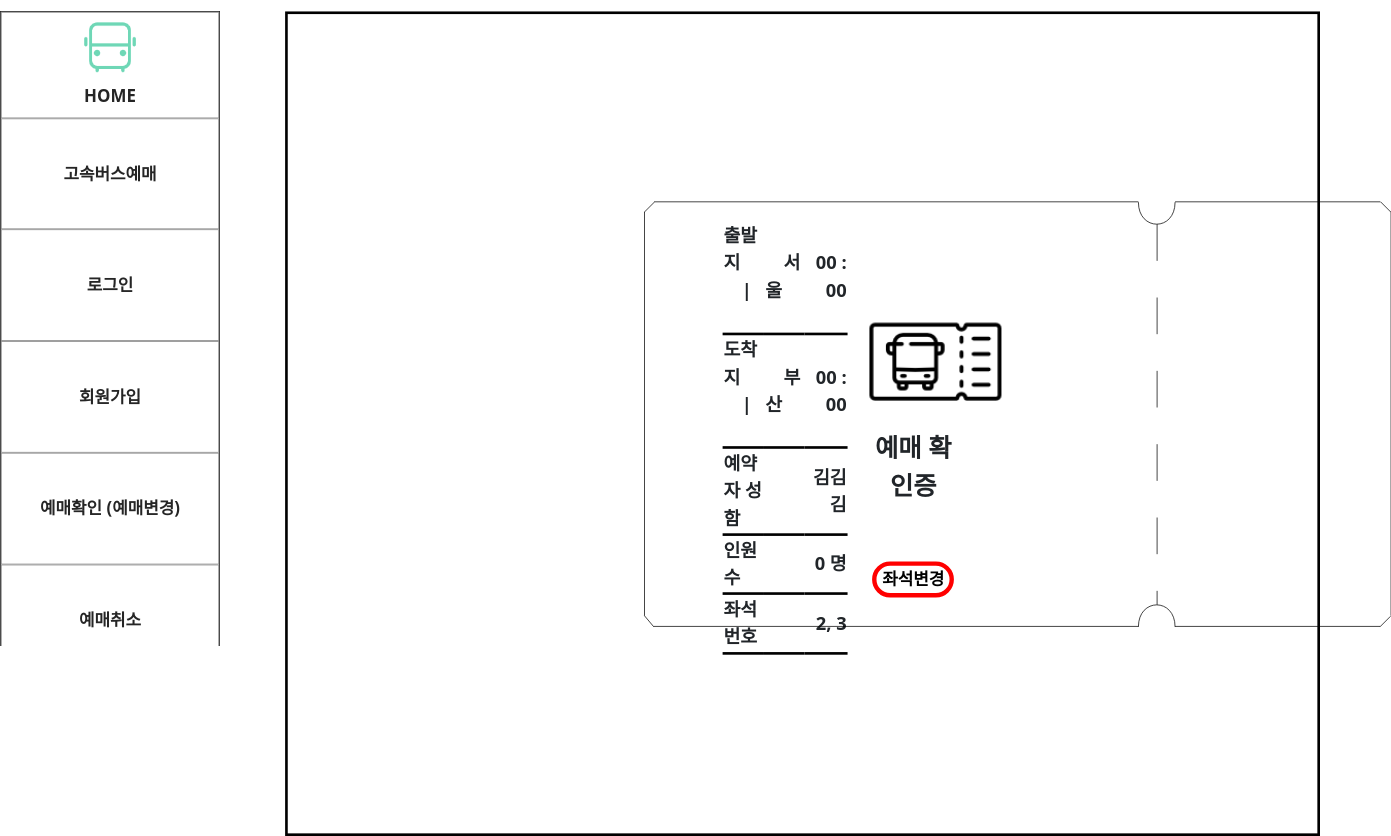
Repository: rudqhd79/spring_personal
Page: http://localhost/reservation/check
An editor plug-in stored every save of this project. The page is shown before and after the next save, followed by the edit.
The browser window is 1280 px wide. The page is 1581 px wide, so the pictures cover 1581 px, including what lies to the right of the window. The pictures show the whole page, at 88% of full size.
The page is this project's Thymeleaf template; nobody is signed in. The template is opened directly, without the code that normally fills it, so the values that code supplies are empty.

Above is the page before, as saved 2023-02-03 07:42:49.

### bus-reservation/src/main/resources/templates/reservation/check.html
<!DOCTYPE html>
<html xmlns:th="http://www.thymeleaf.org"
	xmlns:layout="http://www.ultraq.net.nz/thymeleaf/layout">
<link rel="stylesheet"
	href="//maxcdn.bootstrapcdn.com/bootstrap/latest/css/bootstrap.min.css">
<script src="//code.jquery.com/jquery.min.js"></script>
<script
	src="//maxcdn.bootstrapcdn.com/bootstrap/latest/js/bootstrap.min.js"></script>
<head>
<meta charset="UTF-8">
<title>main</title>
<!-- bootstrap css -->
<link
	href="https://cdn.jsdelivr.net/npm/bootstrap@5.3.0-alpha1/dist/css/bootstrap.min.css"
	rel="stylesheet"
	integrity="sha384-GLhlTQ8iRABdZLl6O3oVMWSktQOp6b7In1Zl3/Jr59b6EGGoI1aFkw7cmDA6j6gD"
	crossorigin="anonymous">
<link th:href="@{/css/all.css}" rel="stylesheet">
<!-- bootstrap js, popper -->
<script
	src="https://cdn.jsdelivr.net/npm/@popperjs/core@2.11.6/dist/umd/popper.min.js"
	integrity="sha384-oBqDVmMz9ATKxIep9tiCxS/Z9fNfEXiDAYTujMAeBAsjFuCZSmKbSSUnQlmh/jp3"
	crossorigin="anonymous"></script>
<script
	src="https://cdn.jsdelivr.net/npm/bootstrap@5.3.0-alpha1/dist/js/bootstrap.min.js"
	integrity="sha384-mQ93GR66B00ZXjt0YO5KlohRA5SY2XofN4zfuZxLkoj1gXtW8ANNCe9d5Y3eG5eD"
	crossorigin="anonymous"></script>
<!-- jquery  -->
<script src="https://code.jquery.com/jquery-3.6.3.min.js"
	integrity="sha256-pvPw+upLPUjgMXY0G+8O0xUf+/Im1MZjXxxgOcBQBXU="
	crossorigin="anonymous"></script>
<th:block layout:fragment="script"></th:block>
<th:block layout:fragment="css"></th:block>
</head>
<body>
	<div class="fragment-sidebar">
		<div th:replace="fragments/sidebar::sidebar"></div>
		<div class="base_angle" style="margin-top: 1vw">
			<form class="seat_form" th:action="@{seat}" method="post">
				<div class="check_child" style="position: relative;">
			 		<img src="/img/ticket_img.svg" style="width: 850px; height: 500px; position:absolute" />
					<div class="check_child">
						<table style="height: 420px; margin-top: 10px">
							<tr class="check_tr_three">
								<th class="check_th">출발지 &emsp;| &emsp;</th>
								<th class="check_th"> &emsp;서울</th>
								<th class="check_th">00 : 00</th>
							</tr>
							<tr class="check_tr_three">
								<th class="check_th">도착지 &emsp;| &emsp;</th>
								<th class="check_th"> &emsp;부산</th>
								<th class="check_th">00 : 00</th>
							</tr>
							<tr class="check_tr_two">
								<th class="check_th">예약자 성함</th>
								<th class="check_th"></th>
								<th class="check_th">김김김</th>
							</tr>
							<tr class="check_tr_two">
								<th class="check_th">인원 수</th>
								<th class="check_th"></th>
								<th class="check_th">0 명</th>
							</tr>
							<tr class="check_tr_two">
								<th class="check_th">좌석번호</th>
								<th class="check_th"></th>
								<th class="check_th">2, 3</th>
							</tr>
						</table>
					</div>
					<div class="check_child">
						<img src="/img/bus_ticket.png" style="height: 150px; width: 150px" />
						<p>예매 확인증</p>
						<input type="submit" value="좌석변경" style="font-weight: bold; border: 5px solid red; border-radius: 30px; font-size: 1.2em; background: white; margin-top: 50px;" />
					</div>
				</div>
			</form>
		</div>
	</div>
</body>
</html>

### bus-reservation/src/main/resources/templates/fragments/sidebar.html
<!DOCTYPE html>
<html xmlns:th="http://www.thymeleaf.org">
<head>
<meta charset="UTF-8">
<title>Insert title here</title>
<link rel="stylesheet"
	href="//maxcdn.bootstrapcdn.com/bootstrap/latest/css/bootstrap.min.css">
<script src="//code.jquery.com/jquery.min.js"></script>
<script
	src="//maxcdn.bootstrapcdn.com/bootstrap/latest/js/bootstrap.min.js"></script>
</head>
<body>
<!-- 사이드바 -->
	<div th:fragment="sidebar" class="sidebar-total">
		<div id="page-wrapper">
			<div id="sidebar-wrapper">
				<ul class="sidebar-nav">
					<li class="sidebar-main">
						<a href="/">
						<img src="/img/bus_icon.png" style="width:60px; height: 60px; margin-top: 10px;">
							<p class="home">HOME</p>
						</a>
					</li>
					<li class="sidebar-main sidebar-nav_li"><a href="/">고속버스예매</a></li>
					<li class="sidebar-main sidebar-nav_li"><a href="login">로그인</a></li>
					<li class="sidebar-main sidebar-nav_li"><a href="join">회원가입</a></li>
					<li class="sidebar-main sidebar-nav_li"><a href="check">예매확인 (예매변경)</a></li>
					<li class="sidebar-main sidebar-nav_li"><a href="cancel">예매취소</a></li>
					<li class="sidebar-main sidebar-nav_li"><a href="edit">수정 (관리자 전용)</a></li>
				</ul>
			</div>
		</div>
	</div>
<!-- /사이드바 -->
</body>
</html>

### bus-reservation/src/main/resources/static/img/ticket_img.svg
<svg width="1020" height="581" viewBox="0 0 1020 581" fill="none" xmlns="http://www.w3.org/2000/svg">
<path d="M675 0.999998C675 41 725 41 725 1" stroke="black"/>
<line x1="700.5" y1="31" x2="700.5" y2="550" stroke="black" stroke-dasharray="50 50"/>
<line x1="1.5" y1="14" x2="1.5" y2="565" stroke="black"/>
<line x1="1019.5" y1="14" x2="1019.5" y2="565" stroke="black"/>
<path d="M725 580.125C725 540.125 675 540.125 675 580.125" stroke="black"/>
<line x1="15" y1="0.5" x2="675" y2="0.5" stroke="black"/>
<line x1="1005" y1="579.5" x2="725" y2="579.5" stroke="black"/>
<line x1="725" y1="0.5" x2="1005" y2="0.5" stroke="black"/>
<line x1="675" y1="579.5" x2="14" y2="579.5" stroke="black"/>
<line x1="1005.35" y1="0.646447" x2="1019.5" y2="14.7886" stroke="black"/>
<line x1="14.1319" y1="580.039" x2="1.26456" y2="564.728" stroke="black"/>
<line x1="15.4956" y1="0.353553" x2="1.35351" y2="14.4957" stroke="black"/>
<line x1="1004.65" y1="579.789" x2="1018.79" y2="565.646" stroke="black"/>
</svg>

Loaded but not shown: bus-reservation/src/main/resources/static/css/all.css (library)

After the next save:
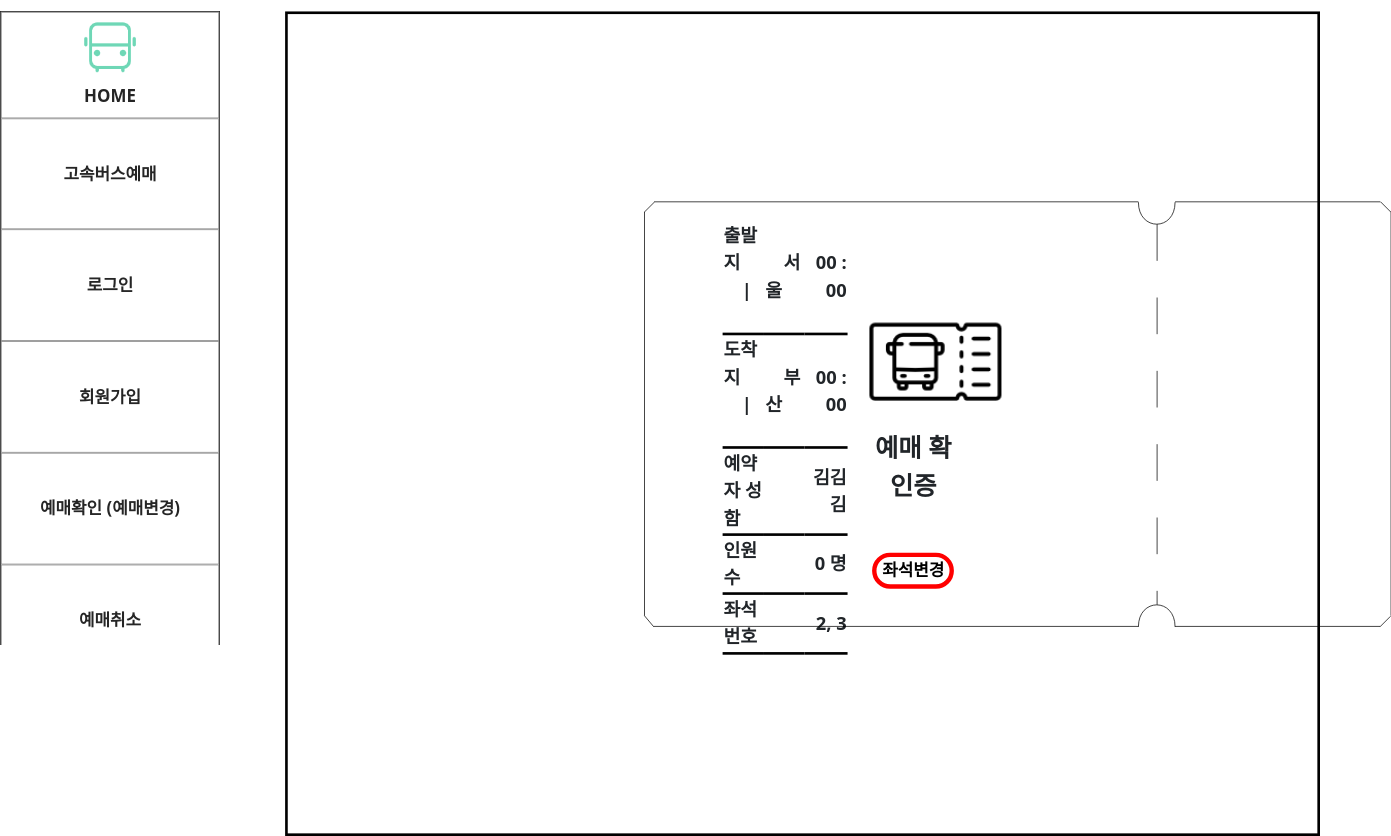
Saved 5 s later.
--- a/bus-reservation/src/main/resources/templates/reservation/check.html
+++ b/bus-reservation/src/main/resources/templates/reservation/check.html
@@ -71,7 +71,7 @@
 					<div class="check_child">
 						<img src="/img/bus_ticket.png" style="height: 150px; width: 150px" />
 						<p>예매 확인증</p>
-						<input type="submit" value="좌석변경" style="font-weight: bold; border: 5px solid red; border-radius: 30px; font-size: 1.2em; background: white; margin-top: 50px;" />
+						<input type="submit" value="좌석변경" style="font-weight: bold; border: 5px solid red; border-radius: 30px; font-size: 1.2em; background: white; margin-top: 40px;" />
 					</div>
 				</div>
 			</form>
